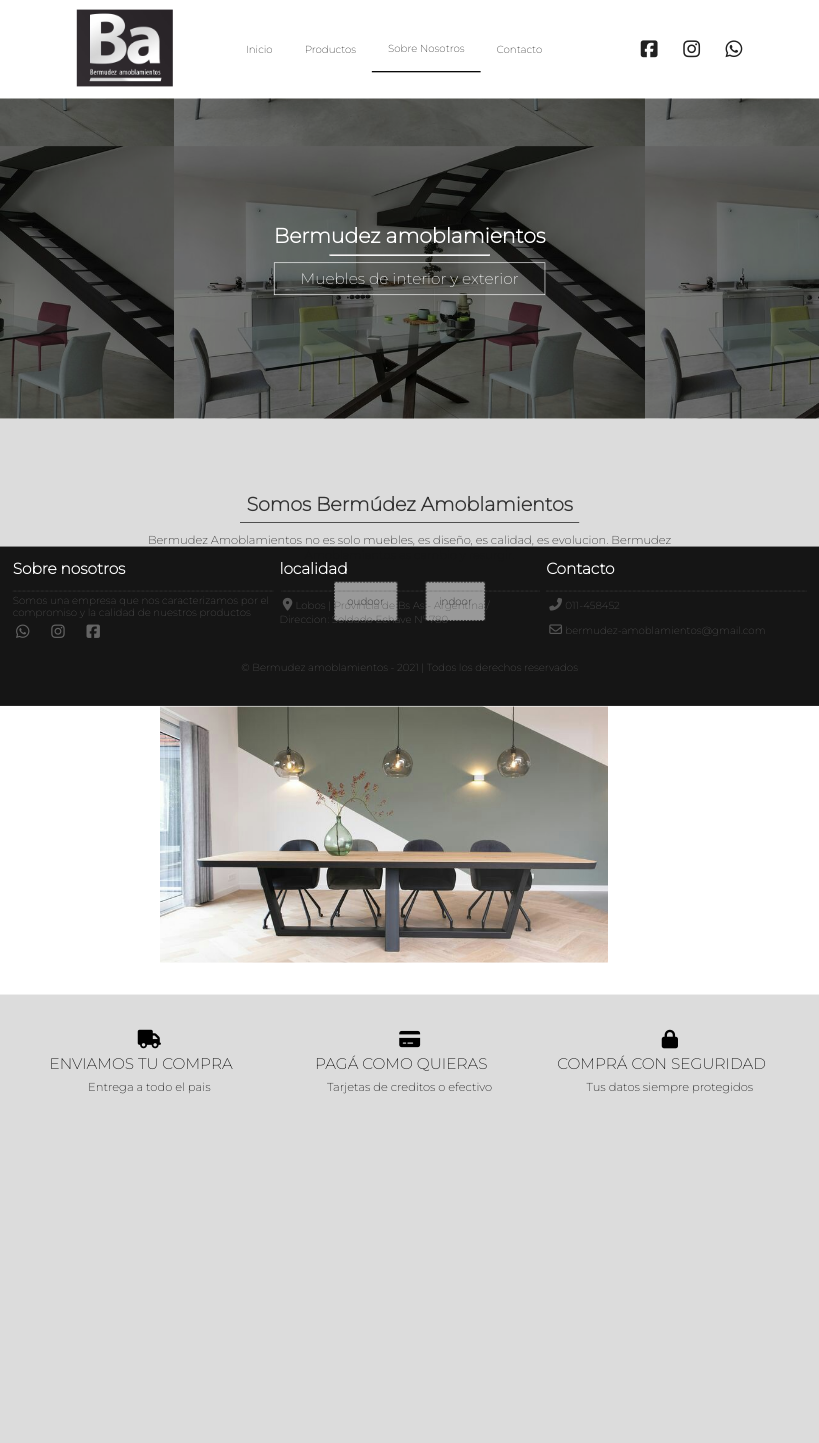
Repository: DamianBermudez94/Bermudez-amoblamientos
Page: index.html
These files come from the project's save history. The page is drawn as it stood at one moment and after the next save; the edit follows.
The browser window is 1280 px wide. The pictures show the whole page, at 64% of full size.
Backgrounds fixed to the window are drawn as part of the page. Some web libraries are served in a nearby version.

Above is the page before, as saved 2022-09-22 19:26:47.

### index.html
<!DOCTYPE html>
<html lang="es">
<head>
    <meta charset="UTF-8">
    <meta http-equiv="X-UA-Compatible" content="IE=edge">
    <meta name="viewport" content="width=device-width, initial-scale=1.0">

    <title>Bermudez-Amoblamientos</title>
    <link rel="shortcut icon" href="Imagenes/favicon (1).jpg" type="image/x-icon">
    <!--Estilos-->
    <link rel="preconnect" href="https://fonts.googleapis.com">
    <link rel="preconnect" href="https://fonts.gstatic.com" crossorigin>
    <link href="https://fonts.googleapis.com/css2?family=Montserrat:wght@200&display=swap" rel="stylesheet">
    <script src="https://kit.fontawesome.com/bdbed0aafa.js" crossorigin="anonymous"></script>
    <link rel="preconnect" href="https://fonts.gstatic.com">
    <link href="https://fonts.googleapis.com/css2?family=Roboto:ital,wght@0,300;0,400;1,100;1,300;1,700&display=swap" rel="stylesheet">
    <!--Componente del header-->
    <script defer src="./header/header.js"></script>
    <link rel="stylesheet" href="./header/header.css">

    <!--Componente del footer-->
    <script defer src="./footer/footer.js"></script>
    <link rel="stylesheet" href="./footer/footer.css">

    <script defer src="slider.js"></script>
    <!--Estilos del index-->
    <link rel="stylesheet" href="index.css">
    <script defer src="index.js"></script>

</head>
<body>
    <!--Ir arriba-->
    <div class="go-top">
        <span><i class="fas fa-chevron-up"></i> <a href="https://www.whatsapp.com"><i class="fab fa-whatsapp"></i></a></span>
    </div>
    <header class="header">

    </header>
    <main class="main" >
        <section class="welcome">
            <div class="welcome__container">
                <h1 class="welcome__title">Bermudez amoblamientos</h1>
                <hr class="linea-title">
                <p class="welcome__sub-title">Muebles de interior y exterior</p>

            </div>
        </section>


        <section class="sobre-nosotros">
            <div class="container-tip">
                <h2 class="title-somos-nosotros">Somos Bermúdez Amoblamientos</h2>

                <p class="title-parrafo">Bermudez Amoblamientos no es solo muebles, es diseño, es calidad, es evolucion. Bermudez Amoblamientos es cambio y resurgir.</p>
                <div class="enlaces">
                    <a class="btn-enlaces" href="oudoor.html">oudoor</a>
                    <a class="btn-enlaces" href="indoor.html">indoor</a>
                </div>
            </div>
        </section>
        <!--Seccion Productos-->

            <section class="section-slider">
                <div class="flexslider">
                    <div class="slider" id="slider">
                        <div class="slider-section">
                            <img class="slider-img" src="./indoor/img-indoor/imagenes-indoor/IMG-20210325-WA0018.jpg" alt="">
                            <!--<section class="flex-slider">
                              <h2 class="slider-title">Productos al 50%</h2>
                              <p class="slider-txt">Ofertas</p>
                              <a href="" class="slider__link">Comprar</a>
                            </section>-->
                        </div>
                        <div class="slider-section">
                            <img class="slider-img" src="./indoor/img-indoor/imagenes-indoor/IMG-20210325-WA0019.jpg" alt="">
                            <!--<section class="flex-slider">
                              <h2 class="slider-title">Productos al 50%</h2>
                              <p class="slider-txt">Ofertas</p>
                              <a href="" class="slider__link">Comprar</a>
                            </section>-->

                        </div>
                        <div class="slider-section" >
                            <img class="slider-img" src="./indoor/img-indoor/imagenes-indoor/IMG-20210325-WA0028.jpg" alt="">
                            <!--<section class="flex-slider">
                              <h2 class="slider-title">Productos al 50%</h2>
                              <p class="slider-txt">Ofertas</p>
                              <a href="" class="slider__link">Comprar</a>
                            </section>-->

                        </div>
                    </div>
                    <!--<span class="btn-slider slider_btn-right" id="btn-right"><i class="fas fa-chevron-right"></i></i></span>
                    <span class="btn-slider slider_btn-left" id="btn-left"><i class="fas fa-chevron-left"></i></span>-->
                </div>
            </section>
                <!--<div class="container-editor">
                    <div class="editor__item">
                        <img src="Imagenes/IMG-20210325-WA0014.jpg" alt="" class="editor-img">
                        <p class="editor-circle">Muebles de interior</p>
                    </div>
                    <div class="editor__item">
                        <img  src="Imagenes/IMG-20210325-WA0026.jpg" alt="" class="editor-img">
                        <p class="editor-circle">Muebles de exterior</p>
                    </div>
                </div>-->
            <!--Seccion tips de compras -->
            <section class="container-tips">
                <div class="tip">
                    <i class="tip-icon fas fa-truck"></i>
                    <h2 class="tip-title">ENVIAMOS TU COMPRA</h2>
                    <p class="parrafo-tips">Entrega a todo el pais</p>

                   <!-- <a href="" class="btn-tip">Comprar</a>
                  <a href="" class="btn-tip">comprar</a>
                  <a href=""class="btn-tip">Comprar</a>-->
                </div>
                <div class="tip">
                    <i class="fas fa-credit-card"></i>
                    <h2 class="tip-title">PAGÁ COMO QUIERAS</h2>
                    <p class="parrafo-tips">Tarjetas de creditos o efectivo</p>

                </div>
                <div class="tip">
                    <i class="fas fa-lock"></i>
                    <h2 class="tip-title">COMPRÁ CON SEGURIDAD</h2>
                  <p class="parrafo-tips">Tus datos siempre protegidos</p>
                </div>

            </section>

    </main>
    <!--Footer-->

    <footer class="footer">

    </footer>
</body>
</html>

### header/header.css
/** Estilos del header **/

.header {
 background-color: #fff;

}

.main-header .container {
  position: fixed;
  top: 0;
  left: 0;
  width: 100%;
  height: 30%;
  display: flex;
  align-items: center;
  justify-content: space-between;
  background: #fff;
  z-index: 9999999999;
  padding: 50px;
}

.main-header__container {
  width: 100%;
  display: flex;
  justify-content:space-between;
  padding: 50px;
}
.redes-sociales {
  color: #212121;
  font-size: 50px;
  margin: 5px;
}

.redes-sociales:hover {
  color: #154f66;
}

.main-header__container-redes {
  display: none;

}

.title-img {
  object-fit: cover;
  width: 100%;
  height: 100px;

}
.img_title {
  position: relative;
  top: 0;
  left: 10px;
}

/** Estilos del Menu **/
.main-nav {
  opacity: 0;
  visibility: hidden;
  transition: all 0.5s;
  z-index: 9999999;
}
.mostrar {
  opacity: 1;
  visibility: visible;
}

.menu {
  position: absolute;
  top: 120px;
  left: 0;
  background: #212121;
  width: 100%;
  list-style: none;
  margin: 0;
  padding: 0;
}
.menu__items {
  margin: auto;
}

.menu-link {
  padding: 25px;
  border-bottom: 1px solid #646464;
  color: #fff;
  text-decoration: none;
  display: block;
}
.menu-link:hover {
  background: #000;
  color: #fff;
}

.sub-menu {
  display: none;
}

.sub-link {
  padding-left: 45px;
  border-bottom: 1px solid #646464;
  text-decoration: none;
  color: #fff;
  display: block;
  font-weight: 300;
  font-size: 16px;
}
.sub-link:hover {
  background: #000;
  color: #fff;
  width: 100%;
}
.sub-items .sub-link {
  list-style: none;
  margin: 0 10px;
  padding: 25px 0;
  padding-left: 48px;
}

.main-header__btn {
  border: 1px solid #000;
  display: block;
  padding: 10px 30px;
  color: #000;
  margin: 10px 0;
  text-decoration: none;
}
.btn-menu{
  position: relative;
  top: 35px;
  left: 95px;
  cursor: pointer;
  transition: all 0.5s ease-in-out ;
}
.menu-btn_burger{
  width: 30px;
  height: 3px;
  position: relative;
  top: 20px;
  left: 20px;
  border-radius: 5px;
  background-color: #000;
  transition: all 0.5s ease-in-out;
}
.menu-btn_burger::before,
.menu-btn_burger::after{
 content: "";
 position: absolute;
 top:0;
 left: 0;
 width: 30px;
 height: 3px;
 background-color: #000;
 border-radius: 5px;
 transition: all 0.5s ease-in-out;
}
.menu-btn_burger::before{
  transform: translateY(-16px);
}
.menu-btn_burger::after{
  transform: translateY(16px);
}
.btn-menu.open .menu-btn_burger {
  transform: translateX(-50px);
  background-color: transparent;
}
.btn-menu.open .menu-btn_burger::before {
  transform: rotate(45deg) translate(35px, -35px);
}
.btn-menu.open .menu-btn_burger::after {
  transform: rotate(-45deg) translate(35px, 35px);
}
@media (min-width: 760px) {


  .main-header__container{
    padding: 50px;

  }
  .main-header__container-redes{
    display: flex;
    justify-content: space-between;
    align-items: center;

  }
  .redes-sociales {
    color: #212121;
    font-size: 25px;
    margin: 10px;
    position: relative;
    top: 0;
    left: 0;
    display: block;
  }
  .menu {
    top: 180px;
  }
  .title-somos-nosotros {
    font-size: 28px;
    text-align: center;
    padding: 10px;
  }
}


@media (min-width: 960px) {

  .main-header__container {
    width: 100%;
    height: 100%;
    display: flex;
    align-items: center;
    justify-content: space-evenly;
    padding: 0 120px 0;


  }

  .main-nav {
    visibility: visible;
    opacity: 1;
    width: 100%;
    right: 25px;
    margin: 0;
  }
  .main-header-link {
    color: #333;
    border-bottom: none;
  }
  .main-header__container .main-nav .menu li a.active {
    border-bottom: 2px solid #000;
  }

  .menu {
    position: static;
    width: 100%;
    display: flex;
    align-items: center;
    justify-content: center;
    background: none;
  }

  .menu__items {
    padding: 0;
    margin: 0;
    display: flex;
  }
  .menu-link {
    color: #212121;
    border-bottom: none;
  }
  .menu-link:hover {
    color: #f7f7f7;
  }

  .main-nav .menu .sub-menu {
    display: none;
    transition: all 0.5s;
  }
  .main-nav .menu .menu__items {
    display: flex;
    justify-content: space-between;
    align-items: center;
  }

  .menu .menu__items:hover .sub-menu {
    display: block;
    position: absolute;
    top: 120px;
    left: 485px;
    width: 300px;
  }

  .sub-link {
    position: relative;
    top: 15px;
    left: 15px;
    width: 300px;
    text-decoration: none;
    color: #151515;
    background: #f7f7f7;
    font-size: 16px;
    transition: all 0.5s;
  }
  .sub-link:hover {
    max-width: 300px;
    color: #fff;
    background: #151515;
  }
  .sub-items {
    list-style: none;
  }

  .title-img {
    object-fit: cover;
    font-size: 24px;
    width: 150px;
    height: 150px;
    padding: 15px 0 15px 0;
    margin: 0;
  }
  .img_title {
    position: initial;
  }

  .main-header__container-redes {

  }
  .redes-sociales {
    position: relative;
    top: 0;
    left: 20px;
    margin: 15px;
    padding: 5px;
    font-size: 30px;
    display: block;
  }
  .btn-menu {
    display: none;
  }
}

### footer/footer.css
/** Estilos Del footer **/

.footer {

  padding: 20px;
  background: #151515;
  color: #fff;
}
.redes-footer {
  padding: 15px;
  position: relative;
  top: 0;
  left: -10px;
  font-size: 1.5em;
  color: #646464;
  margin: 0;
  transition: all 0.5s;
}
.redes-footer:hover {
  color: #fff;
}
.footer-txt {
  color: #555;
  padding: 5px 0;
}
.footer-link {
  color: #555;
  text-decoration: none;
  display: block;
  padding: 10px 0;
}

.title-footer {
  border-bottom: 1px dotted #555;
  padding-bottom: 20px;
}
.redes {
  font-size: 20px;
  margin: 5px;
}
.container-copy{
  text-align: center;
  padding: 10px;
}
.copy {
  color: #555;
  margin: 10px 0;
  padding: 10px;
}
@media screen and (min-width:720px) {
  .container-footer {

    display: grid;
    grid-template-columns: repeat(3, 1fr);
    gap: 10px;

  }

}

### index.css
* {
  padding: 0;
  margin: 0;
  box-sizing: border-box;
  font-family: 'Montserrat', sans-serif;
}

/** Go top **/
.go-top {
  position: fixed;
  bottom: 0px;
  right: -100%;
  width: 50px;
  height: 50px;

  background: #fff;
  z-index: 9999;
  display: flex;
  justify-content: center;
  align-items: center;
  cursor: pointer;
  transition: 500ms;
}
.go-top:hover {
  border: 2px solid #fff;
  border-radius: 50%;
  background: rgb(71, 71, 71);
}
.go-top:hover span {
  color: #fff;
}
.go-top > span {
  font-size: 25px;
  color: #000;
}
main{
  width: 100%;
  height: 700px;
  background: url("./indoor/img-indoor/imagenes-indoor/IMG-20210325-WA0038.jpg");
  background-position: center;
  background-attachment: fixed;
  object-fit: cover;

}

/** Diseño del Welcome**/

.welcome {
  width: 100%;
  height: 500px;
  background-color: rgba(0, 0, 0, 0.5);
  display: flex;
  align-items: center;
  justify-content: center;
  flex-direction: column;
}

.welcome__title {
  font-size: 32px;
  color: #fff;
  font-weight: 700;
  text-align: center;
  margin: 10px;
}

.welcome hr {
  width: 250px;
  margin: auto;
  height: 3px;
  background: #fff;
}
.welcome__sub-title {
  font-size: 24px;
  margin: 10px;
  color: #fff;
  border: 1px solid #fff;
  padding: 10px;

  text-align: center;
}

/** Fin del style**/

/********* Seccion sobre nosotros ****/
.sobre-nosotros{
  width: 100%;
  height: 400px;
}
.container-tip {
  display: flex;
  justify-content: center;
  align-items: center;
  flex-direction: column;
  height: 100%;
  margin: 0;
  padding:10px;
  background-color: #dcdcdc;
}
.title-somos-nosotros {

  font-size: 24px;
  font-weight: bold;
  text-align: center;
  color: #333;
  border-bottom: 1px solid #000;
}

.title-parrafo {
 width: 70%;
  text-align: center;
  font-weight: 400;
  font-size: 18px;
  margin-top: 15px;
  line-height: 24px;
  color: #151515;
}
.enlaces {
  margin-top: 50px;
}
.btn-enlaces {
  width: 100%;
  padding: 20px;
  margin:20px;
  text-decoration: none;
  border: 1px dashed #000;
  transition: all 0.5s;
  cursor: pointer;
  color: #212121;
  background: #999999;
}
.btn-enlaces:hover {
  background: #212121;
  color: #fff;
}


/*****Diseño del slider****/

.flexslider {
  width: 100%;
  height: 500px;
  position: relative;
  overflow: hidden;

}
.slider {
  display: flex;
  width: 300%;
  height: 300px;
  margin-left: -100%;
  position: relative;
}


.slider-section {
  position: relative;
  top: 50px;
  width: 100%;
  display: flex;
  justify-content: center;
  align-items: center;

}

.slider-img {
  position: absolute;
  top: 0;
  width: 300px;
  height: 400px;
  object-fit: cover;

}



/** Seccion tips informaticos **/

.container-tips {
  height: 500px;
  padding: 30px;
  text-align: center;
  background-color: #dcdcdc;
}
.tip-title {
  font-size: 16px;
  font-weight: 300;
}

.tip i {
  font-size: 24px;
  padding: 20px 0;
}
.parrafo-tips {
  font-size: 14px;
  text-align: center;
  font-weight: 300;
  margin-top: 8px;
}

/** Estilo responsive para tablet **/

@media screen and (min-width: 768px) {

  .slider-img {
    width: 600px;
    height: 400px;
    object-fit: cover;

  }
  .container-tips {
    display: grid;
    grid-template-columns: repeat(3, 1fr);
  }
  .tip-icon {
    font-size: 29px;
  }
  .tip-title {
    font-size: 24px;
    font-weight: 700;
  }
  .parrafo-tips {
    font-size: 18px;
  }
  .title-somos-nosotros{
    font-size: 30px;
  }
}

@media (min-width: 1024px) {
  /**header **/
  .header-img {
    display: flex;
    justify-content: center;
    align-items: center;
    margin: 0 auto;
  }
  .header-img .welcome h1 {
    font-size: 50px;
    color: #fff;
    font-weight: 700;

    margin-bottom: 35px;
  }
  .header-img .welcome .linea-title {
    width: 400px;
    height: 5px;
    background: #fff;
    border: none;
    margin-top: -15px;
    text-align: center;
  }
  .header-img .welcome p {
    width: 500px;
    font-size: 30px;
    font-weight: 200;
    color: #fff;
    border: 3px solid #fff;
    padding: 10px;
    margin-top: 30px;
  }

  /** Fin del header **/


  /**** Seccion slider ****/

  .slider-img {
    width: 600px;
    height: 400px;


  }



  /***** Seccion Tips **/
  .container-tips {
    width: 100%;
    height: 100%;
    position: relative;
  }

  .tip-title {
    padding-right: 26px;
    font-weight: 400;
  }
  .tip {
    padding: auto;
    margin: 15px auto;
  }
  .tip i {
    font-size: 29px;
    text-align: center;
    padding: 10px 10px;
  }
  .parrafo-tips {
    font-size: 18px;
    margin: 10px auto;
  }
}
@media screen and (min-width: 1280px) {
  .main-header {
    position: relative;
    width: 100%;
  }
  .main-header .container {
    position: absolute;
    top: 0;
    left: 0;
    width: 100%;
    height: 30%;
    background: #fff;
    display: flex;
    justify-content: space-between;
    align-items: center;
    z-index: 9999999999;
  }
  .container {
    width: 1000px;
    margin: auto;
  }
  .main-header__container:nth-child(3) {
    padding-left: 50px;
  }


  .slider-img {
    width: 700px;
    height: 400px;

  }
}
@media screen and (min-width: 1600px) {
  .main-header {
    position: relative;
    width: 100%;
  }
  .main-header .container {
    position: fixed;
    top: 0;
    left: 0;
    width: 100%;
    height: 30%;
    background: #fff;
    display: flex;
    justify-content: space-between;
    align-items: center;
    z-index: 9999;
  }
  .container {
    width: 1400px;
    margin: auto;
  }
  .main-header__container:nth-child(3) {
    padding-left: 100px;
  }
}

### footer/footer.js
function footerComponet(el) {
  const footerEl = document.createElement("div");
  footerEl.innerHTML = `  <div class="container-footer">
    <div class="footer-section">
        <h2 class="title-footer">Sobre nosotros</h2>
        <p class="footer-txt">Somos una empresa que nos caracterizamos por el compromiso y la calidad de nuestros productos</p>
        <a href="" class="redes-footer"><i class="fab fa-whatsapp"></i></a>
        <a href="" class="redes-footer"><i class="fab fa-instagram"></i></a>
        <a href="" class="redes-footer"><i class="fab fa-facebook-square"></i></a>
    </div>

    <div class="footer-section">
      <h2 class="title-footer">localidad</h2>
      <p class="footer-txt"><i class="fas fa-map-marker-alt redes"></i>Lobos | Provincia de Bs As - Argentina / Direccion: Soldado Echave Nº 780</p>

    </div>
    <div class="footer-section">
      <h2 class="title-footer">Contacto</h2>
      <p class="footer-txt"><i class="fas fa-phone-alt redes"></i>011-458452</p>
      <p class="footer-txt"><i class="far fa-envelope redes"></i>bermudez-amoblamientos@gmail.com</p>
    </div>



  </div>
  <div class="container-copy">
    <p class="copy">&copy; Bermudez amoblamientos - 2021 | Todos los derechos reservados </p>
  </div>
  `;

  el.appendChild(footerEl);
  console.log("sadasdasd", footerEl);
}

### slider.js
// Animacion slider

const slider = document.querySelector("#slider");
let sliderSection = document.querySelectorAll(".slider-section");
let sliderSectionLast = sliderSection[sliderSection.length - 1];

slider.insertAdjacentElement("afterbegin", sliderSectionLast);

function nextRight() {
  let sliderSectionFirts = document.querySelectorAll(".slider-section")[0];

  slider.style.marginLeft = "-200%";
  slider.style.transition = "0.8s ease-in-out";

  setTimeout(function () {
    slider.style.transition = "none";
    slider.insertAdjacentElement("beforeend", sliderSectionFirts);
    slider.style.marginLeft = "-100%";
  }, 1200);
}
function Prev() {
  let sliderSection = document.querySelectorAll(".slider-section");
  let sliderSectionLast = sliderSection[sliderSection.length - 1];
  slider.style.marginLeft = "0";

  setTimeout(function () {
    slider.style.transition = "none";
    slider.insertAdjacentElement("afterbegin", sliderSectionLast);
    slider.style.marginLeft = "-100%";
  }, 1200);
}

/*btnLeft.addEventListener("click", function () {
  Prev();
});
const btnRight = document.querySelector("#btn-right");
const btnLeft = document.querySelector("#btn-left");

btnRight.addEventListener("click", function () {
  nextRight();
});*/

setInterval(function () {
  nextRight();
}, 5000);

### index.js
function main() {
  headertComponet(document.querySelector(".header"));
  footerComponet(document.querySelector(".footer"));

  menu();
}
main();

Loaded but not shown: header/header.js (87 lines, source omitted)

After the next save:
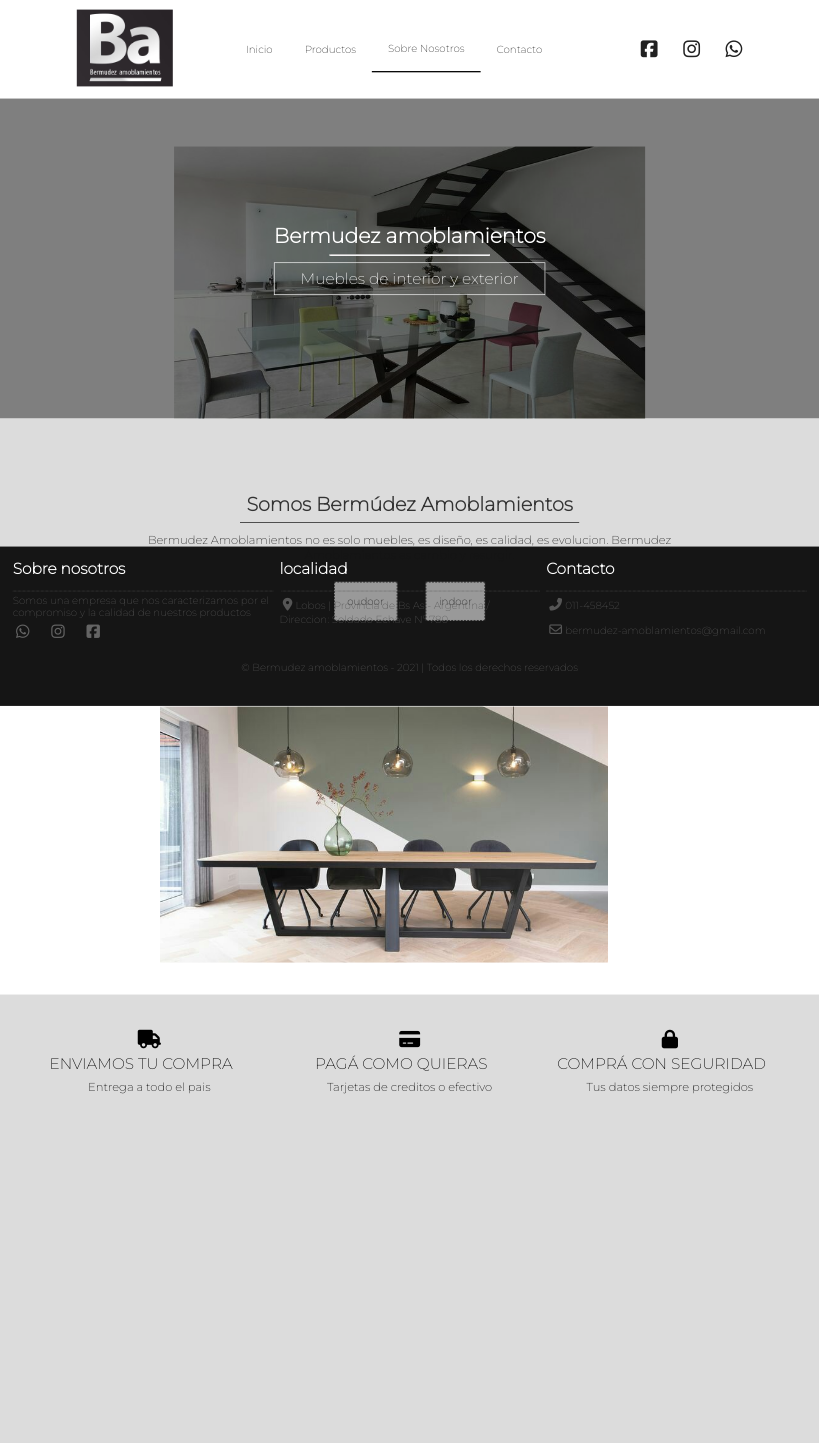
Saved 18 s later.
--- a/index.css
+++ b/index.css
@@ -39,7 +39,7 @@ main{
   background: url("./indoor/img-indoor/imagenes-indoor/IMG-20210325-WA0038.jpg");
   background-position: center;
   background-attachment: fixed;
-  object-fit: cover;
+  background-repeat: no-repeat;
 
 }
 
